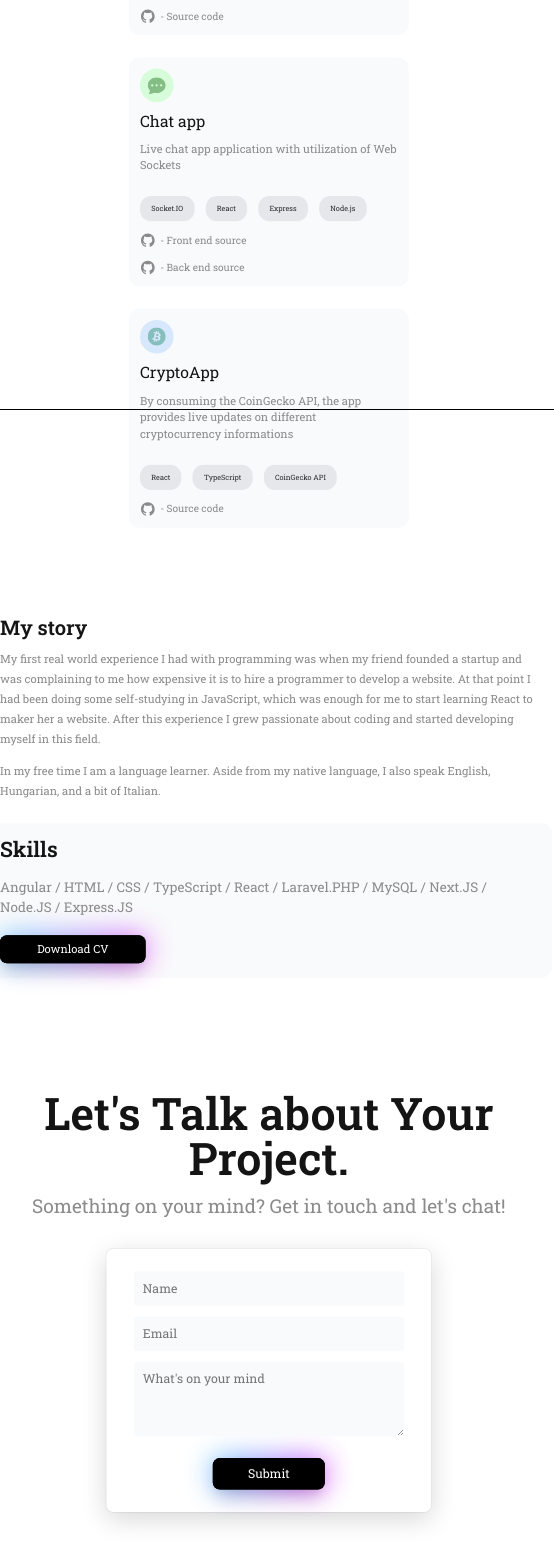
Repository: Leoka2000/portfolio-final
Page: /
An editor plug-in stored every save of this project. The page is shown before and after the next save, followed by the edit.
The browser window is 768 px wide. The page is 792 px wide, then 768 px, so the pictures cover 792 px, including what lies to the right of the window. The pictures show the part of the page from y = 2320 to 4560 px (the page is 4560 px tall), at 70% of full size.
Some web fonts or font styles are not loaded; a fallback is used. The project was rebuilt for these pictures with package versions that can differ from the ones it lists, and the page was loaded fresh each time. Some packages were replaced by stand-ins written for this rebuild. Also part of the build but not shown: src/App.css. Imported but missing from the stored project, and not drawn on this page: src/assets/BioNexus.mp4, src/assets/LeoCV.pdf, src/assets/ScholarSearch.mp4, src/assets/chat-app.mp4.

Above is the page before, as saved 2023-09-27 14:24:26.

After the next save:
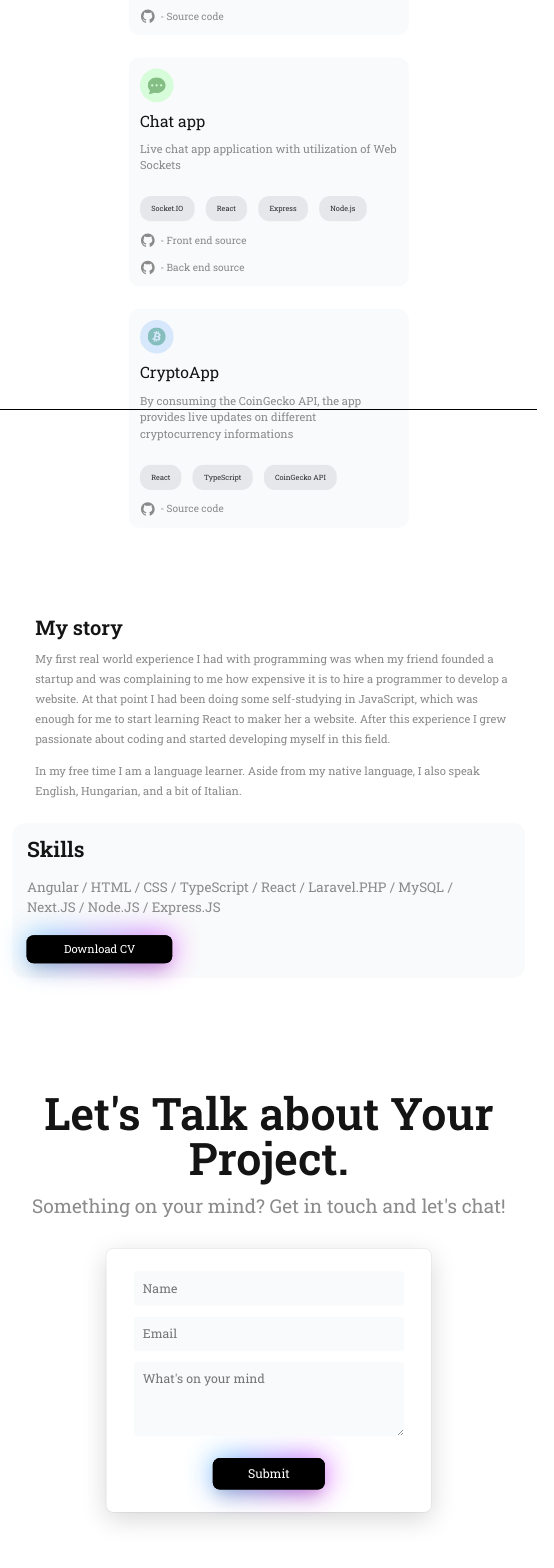
Saved 31 s later.
--- a/src/pages/main/about/about.css
+++ b/src/pages/main/about/about.css
@@ -121,7 +121,6 @@ color: black;
     .left {
         width: 40rem;
         padding-left: 1.5rem;
-        padding-right: 1.5rem;
     }
 }
 
@@ -134,15 +133,14 @@ color: black;
 
     }
     .right {
-        width: 100%;
-
+        width: 90%;
 
 
 
 
     }
     .left {
-        width: 100%;
+        width: 90%;
         padding-bottom: 1.5rem;
 
 
